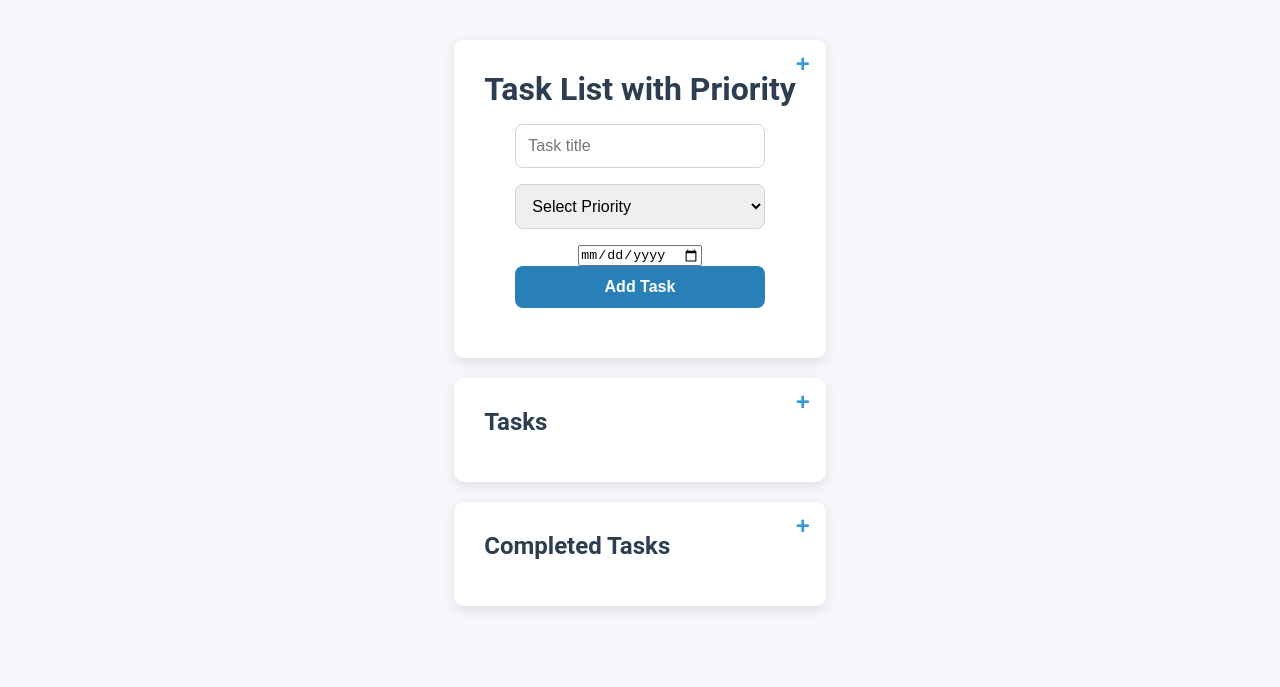
Repository: Lithium87/TaskList
Page: /
These files come from the project's save history. The page is drawn as it stood at one moment and after the next save; the edit follows.
The browser window is 1280 px wide. The pictures show the whole page.
The project was rebuilt for these pictures with package versions that can differ from the ones it lists, and the page was loaded fresh each time. Also part of the build but not shown: vite.config.js.

Above is the page before, as saved 2025-07-08 16:17:15.

After the next save:
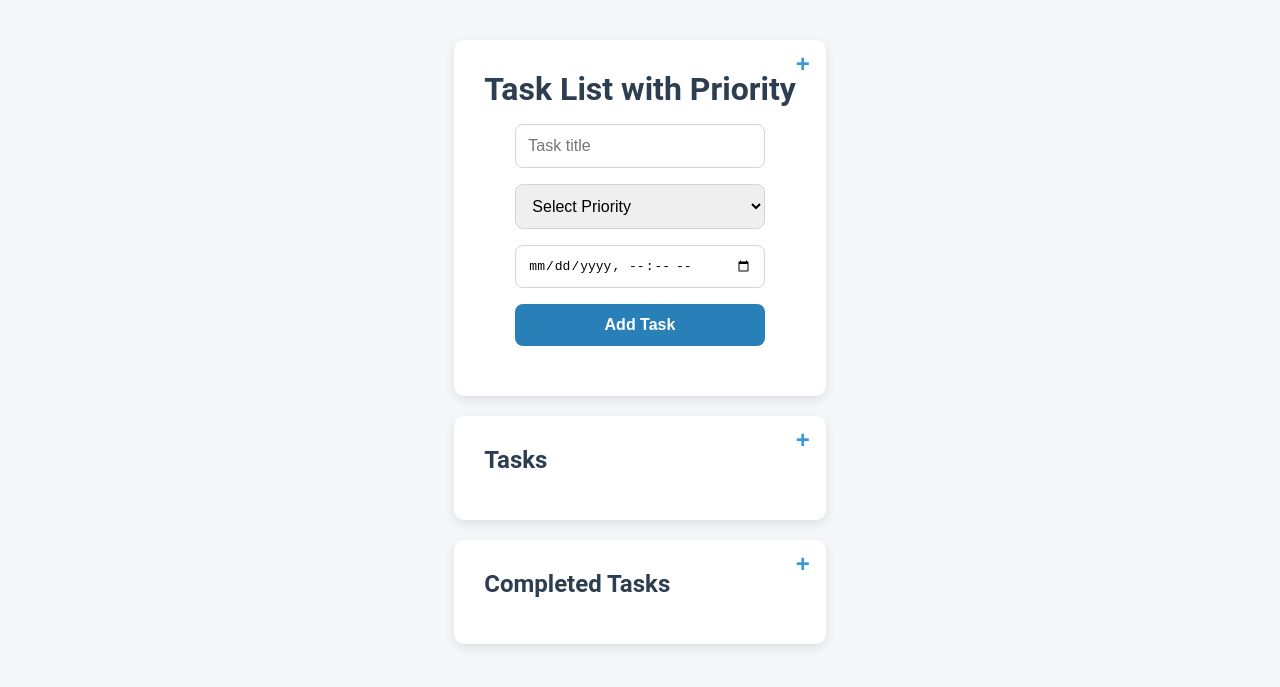
Saved 15 s later.
--- a/src/App.jsx
+++ b/src/App.jsx
@@ -30,7 +30,7 @@ const TaskForm = () => {
         <option value="medium">Medium Priority</option>
         <option value="high">High Priority</option>
       </select>
-      <input type="date" />
+      <input type="datetime-local" />
       <button type="submit">Add Task</button>
     </form>
   );
